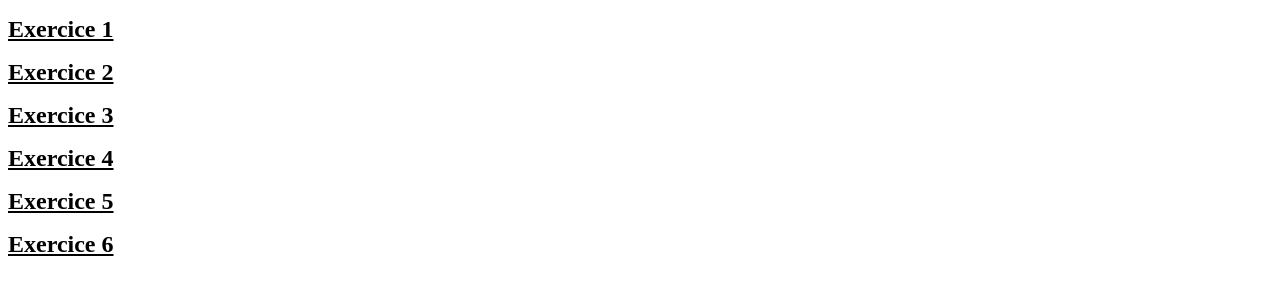
Repository: AnnaSpirit/Mimo_App
Page: Exercices_HTML&CSS.html
The author's editor kept a copy of each file at every save. The page is drawn from the files as they stood at one save, then again after a run of saves.
The browser window is 1280 px wide. The pictures show the whole page.

Above is the page before, as saved 2024-12-05 16:13:19.

After the next 2 saves:
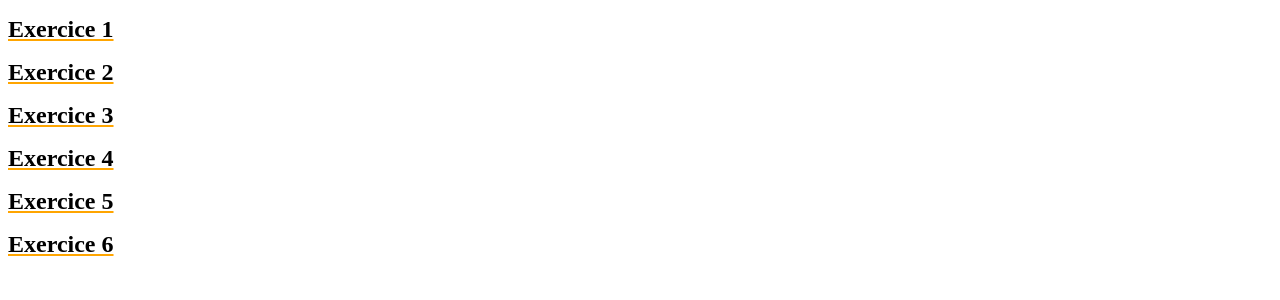
The 2 saves are shown as one change because they came seconds apart.
The last was saved 8 s later.
--- a/styleCSS.css
+++ b/styleCSS.css
@@ -1,5 +1,5 @@
 h1{
     font-weight: bold;
     font-size: x-large;
-    text-decoration: underline ;
+    text-decoration: underline orange;
 }
